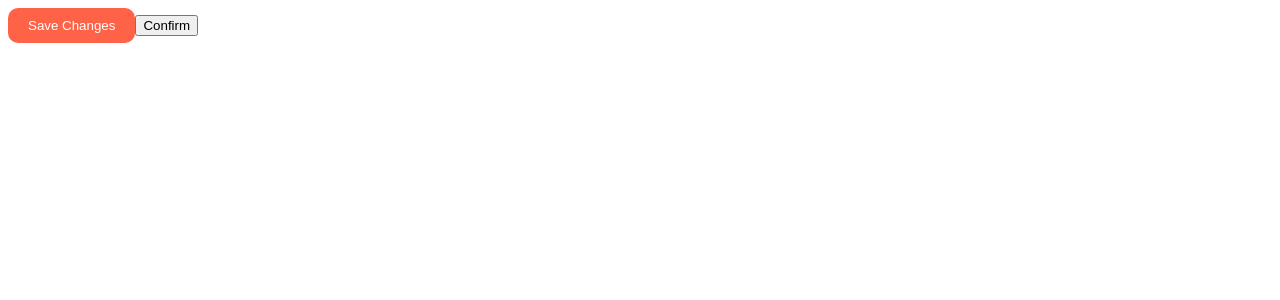
Repository: TaewookKwak/React
Page: props.html
An editor plug-in stored every save of this project. The page is shown before and after the next save, followed by the edit.
The browser window is 1280 px wide. The pictures show the whole page.

Above is the page before, as saved 2021-12-15 11:56:48.

### props.html
<!DOCTYPE html>
<html lang="en">
  <body>
    <div id="root"></div>
  </body>
  <script src="https://unpkg.com/react@17.0.2/umd/react.production.min.js"></script>
  <script src="https://unpkg.com/react-dom@17.0.2/umd/react-dom.production.min.js"></script>
  <script src="https://unpkg.com/@babel/standalone/babel.min.js"></script>
  <script type="text/babel">
    const root = document.querySelector("#root");
    function SaveBtn() {
      return (
        <button
          style={{
            backgroundColor: "tomato",
            color: "white",
            padding: "10px 20px",
            border: "none",
            borderRadius: "10px",
          }}
        >
          Save Changes
        </button>
      );
    }

    function ConfirmBtn() {
      return <button>Confirm</button>;
    }
    function App() {
      return (
        <div>
          <SaveBtn />
          <ConfirmBtn />
        </div>
      );
    }

    ReactDOM.render(<App />, root);
  </script>
</html>

After the next save:
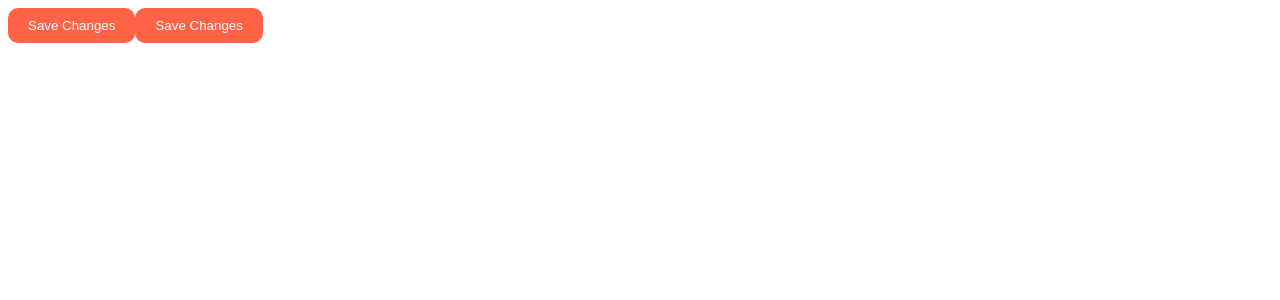
Saved 97 s later.
--- a/props.html
+++ b/props.html
@@ -8,7 +8,7 @@
   <script src="https://unpkg.com/@babel/standalone/babel.min.js"></script>
   <script type="text/babel">
     const root = document.querySelector("#root");
-    function SaveBtn() {
+    function Btn() {
       return (
         <button
           style={{
@@ -23,15 +23,11 @@
         </button>
       );
     }
-
-    function ConfirmBtn() {
-      return <button>Confirm</button>;
-    }
     function App() {
       return (
         <div>
-          <SaveBtn />
-          <ConfirmBtn />
+          <Btn />
+          <Btn />
         </div>
       );
     }
